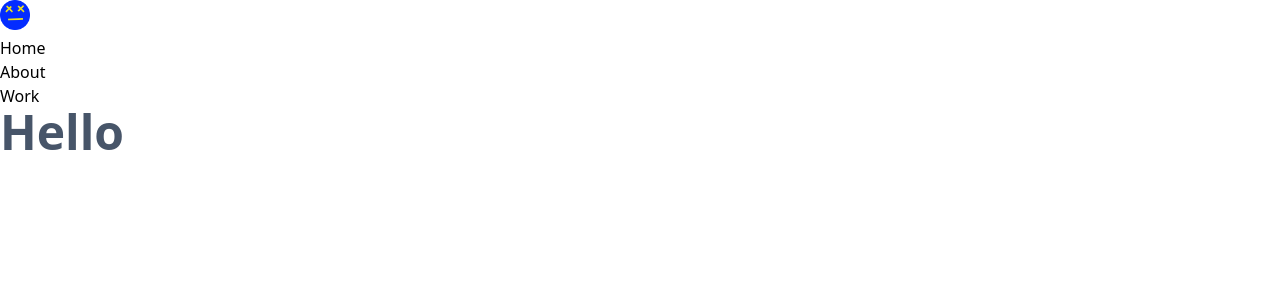
Repository: aaroncemery/aaroncemery-next
Page: /
These files come from the project's save history. The page is drawn as it stood at one moment and after the next save; the edit follows.
The browser window is 1280 px wide. The pictures show the whole page.
The project was rebuilt for these pictures with package versions that can differ from the ones it lists, and the page was loaded fresh each time. The framework's server and built-in components were replaced by stand-ins that run in the browser. Also part of the build but not shown: next.config.js.

Above is the page before, as saved 2022-06-13 17:00:12.

### pages/index.tsx
import type { NextPage } from 'next'
import { Fragment } from 'react'
import Image from 'next/image'
import NavIcon from '../public/nav-icon.png'

const Home: NextPage = () => {
  return (
    <Fragment>
      <nav className="container">
        <Image src={NavIcon} alt={'aaroncemery icon'} height={30} width={30} />
        <ul>
          <li>Home</li>
          <li>About</li>
          <li>Work</li>
        </ul>
      </nav>
      <h1 className="font-sans text-5xl font-bold text-slate-600">Hello</h1>
    </Fragment>
  )
}

export default Home

Loaded but not shown: pages/_app.tsx (common file); styles/globals.css (common file); tailwind.config.js (common file)

After the next save:
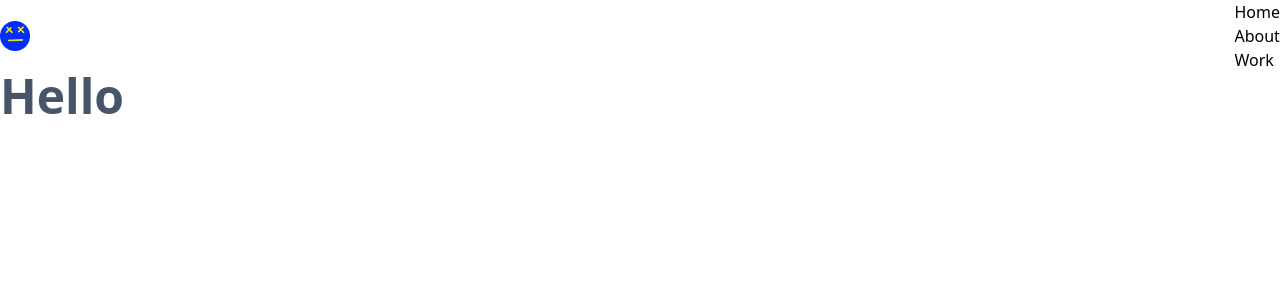
Saved 23 s later.
--- a/pages/index.tsx
+++ b/pages/index.tsx
@@ -6,7 +6,7 @@ import NavIcon from '../public/nav-icon.png'
 const Home: NextPage = () => {
   return (
     <Fragment>
-      <nav className="container">
+      <nav className="container flex justify-between items-center">
         <Image src={NavIcon} alt={'aaroncemery icon'} height={30} width={30} />
         <ul>
           <li>Home</li>
